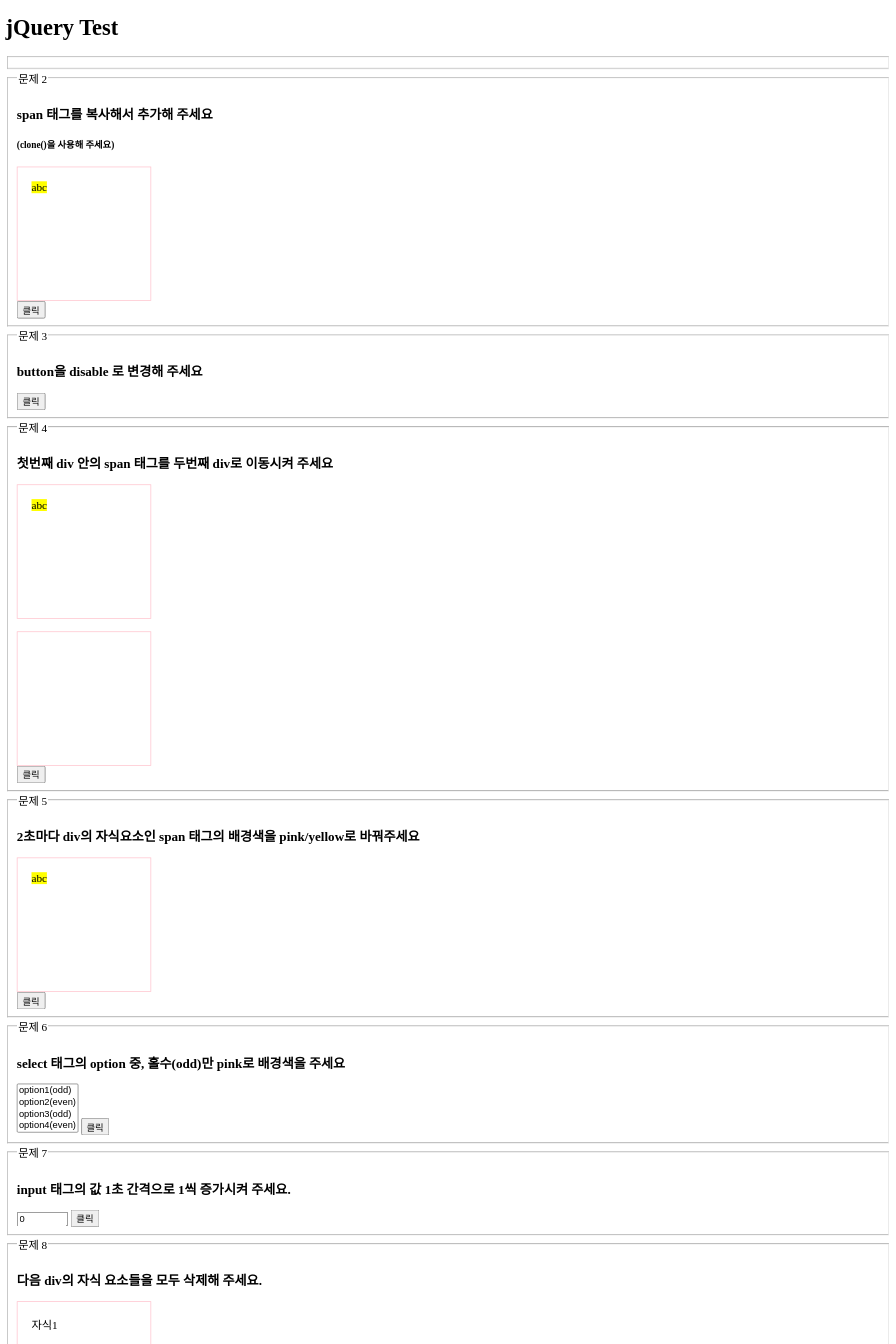
Repository: happyeon/Study_UI
Page: suyeon/WebContent/jqueryTest02.html
An editor plug-in stored every save of this project. The page is shown before and after the next save, followed by the edit.
The browser window is 1280 px wide. The pictures show the part of the page from y = 0 to 1920 px (the page is 2778 px tall), at 70% of full size.
After loading, the first visible `button[onclick="test08();"]` was clicked once.
Some web libraries are served in a nearby version.

Above is the page before, as saved 2021-06-17 11:49:16.

After the next save:
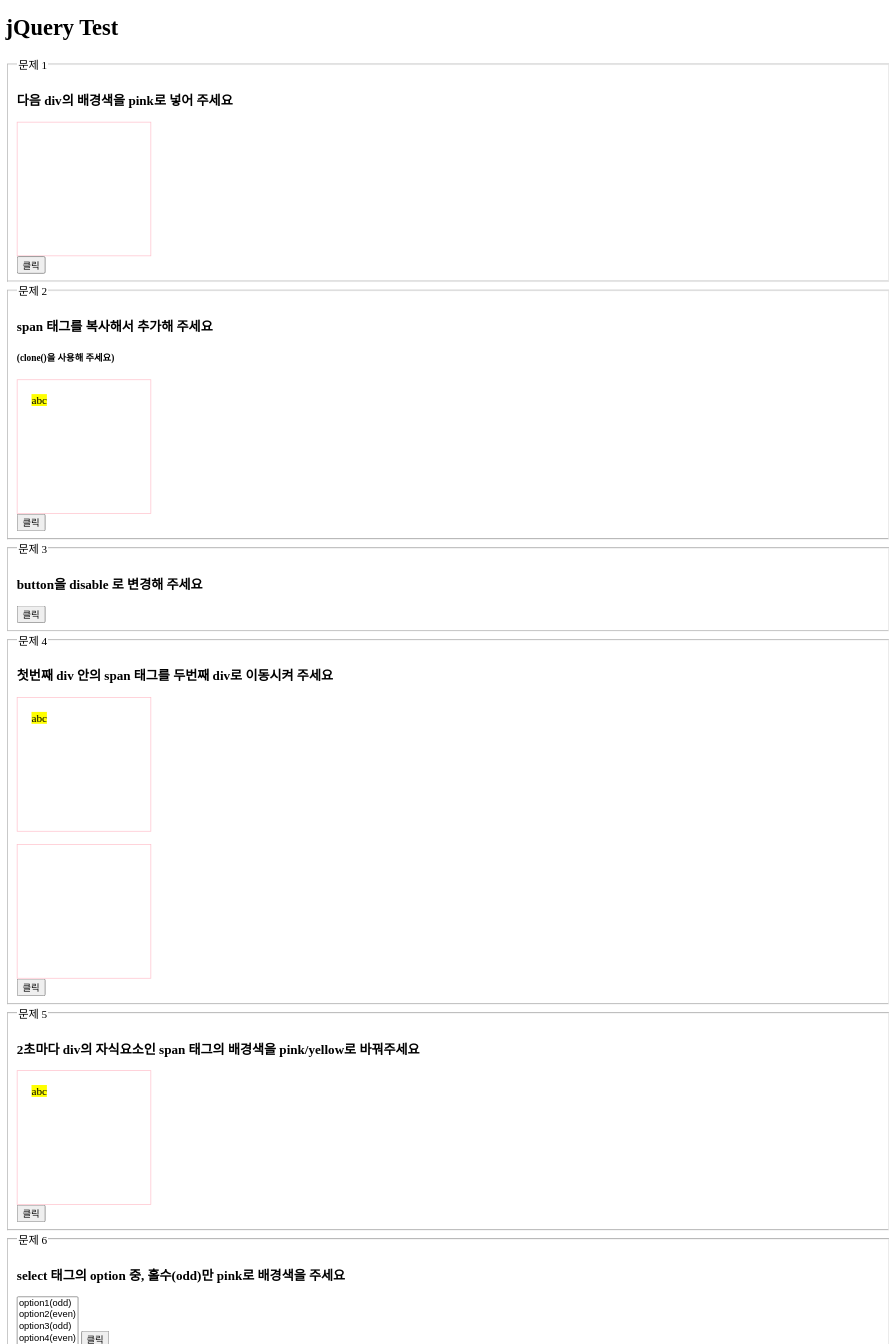
Saved 19 s later.
--- a/suyeon/WebContent/jqueryTest02.html
+++ b/suyeon/WebContent/jqueryTest02.html
@@ -72,7 +72,7 @@
 	}
 
 	function test08() {
-		$(".box:eq()").parent().empty();
+		$(".box:eq(5)").parent().empty();
 	}
 
 	function test09() {
